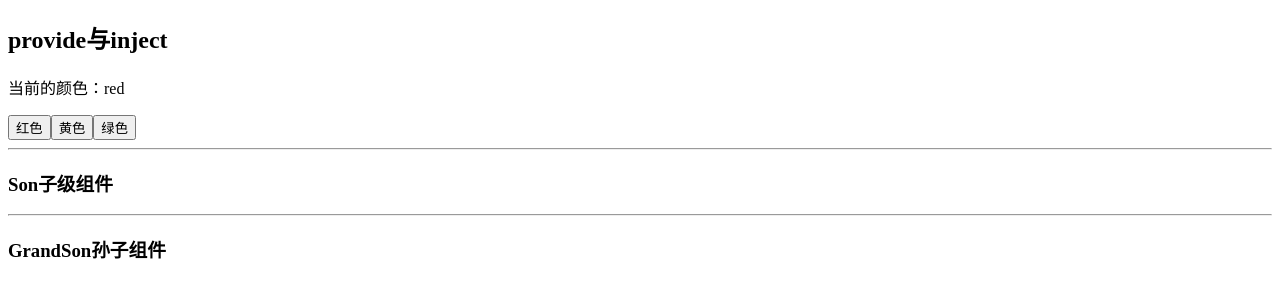
Repository: zhuhongxiang/Vue3.0-TSLeaning
Page: / (app in 04_Vue3/vue3_learning/)
These files come from the project's save history. The page is drawn as it stood at one moment and after the next save; the edit follows.
The browser window is 1280 px wide. The pictures show the whole page.
The project was rebuilt for these pictures with package versions that can differ from the ones it lists, and the page was loaded fresh each time.

Above is the page before, as saved 2021-07-27 17:10:00.

After the next save:
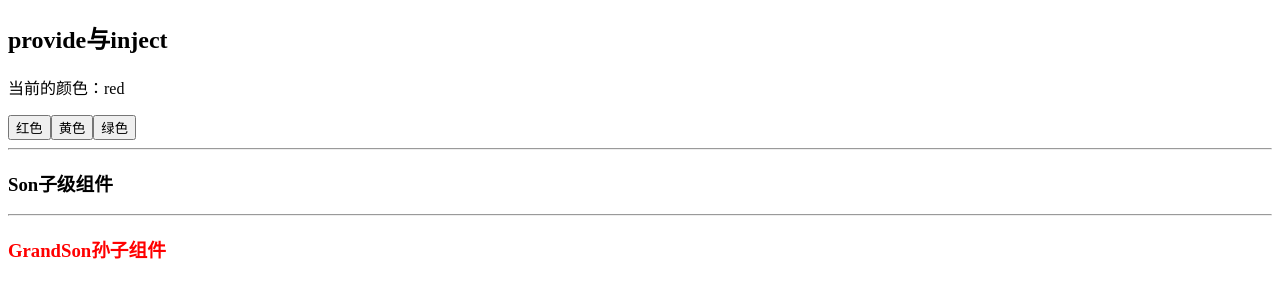
Saved 53 s later.
--- a/04_Vue3/vue3_learning/src/components/GrandSon.vue
+++ b/04_Vue3/vue3_learning/src/components/GrandSon.vue
@@ -1,16 +1,18 @@
 <template>
-  <h3>GrandSon孙子组件</h3>
+  <h3 :style="{ color }">GrandSon孙子组件</h3>
 </template>
 
 <script lang='ts'>
-import { defineComponent, reactive } from "vue";
-
+import { defineComponent, inject, reactive } from "vue";
 export default defineComponent({
   name: "GrandSon",
   props: {},
   components: {},
   setup() {
-    return {};
+    const color = inject("color");
+    return {
+      color,
+    };
   },
 });
 </script>
